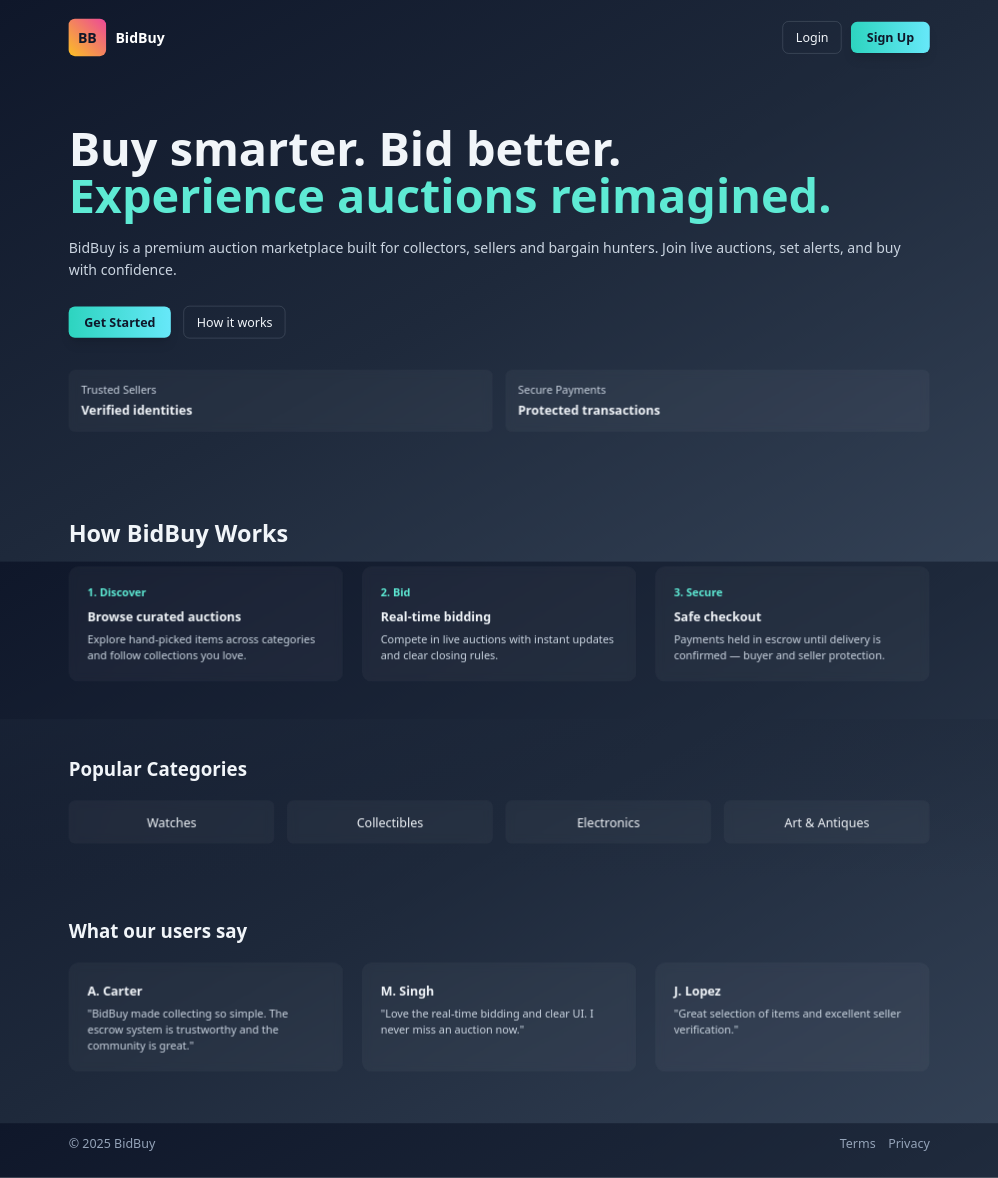
Repository: ChakraVaishnav/Online-Auction-System
Page: / (app in online-auction-system-frontend/)
The author's editor kept a copy of each file at every save. The page is drawn from the files as they stood at one save, then again after the next save.
The browser window is 1280 px wide. The pictures show the whole page, at 78% of full size.
The project was rebuilt for these pictures with package versions that can differ from the ones it lists, and the page was loaded fresh each time. Also part of the build but not shown: online-auction-system-frontend/vite.config.js, online-auction-system-frontend/src/pages/Login.jsx, online-auction-system-frontend/src/pages/Signup.jsx, online-auction-system-frontend/src/App.css.

Above is the page before, as saved 2025-11-23 17:54:45.

### online-auction-system-frontend/index.html
<!doctype html>
<html lang="en">
  <head>
    <meta charset="UTF-8" />
    <link rel="icon" type="image/svg+xml" href="/vite.svg" />
    <meta name="viewport" content="width=device-width, initial-scale=1.0" />
    <title>online-auction-system-frontend</title>
  </head>
  <body>
    <div id="root"></div>
    <script type="module" src="/src/main.jsx"></script>
  </body>
</html>

### online-auction-system-frontend/src/index.css
@tailwind base;
@tailwind components;
@tailwind utilities;

:root{
	--brand-1: #0f172a; /* slate-900 */
	--brand-2: #0ea5a4; /* teal-400 */
	--accent: #f97316; /* orange-500 */
}

html,body,#root{
	height:100%;
}

body{
	@apply bg-gradient-to-br from-slate-900 via-slate-800 to-slate-700 text-slate-100 antialiased;
	font-family: ui-sans-serif, system-ui, -apple-system, "Segoe UI", Roboto, "Helvetica Neue", Arial;
}

.container-wide{
	@apply max-w-6xl mx-auto px-6;
}

.glass {
	background: rgba(255,255,255,0.04);
	backdrop-filter: blur(6px);
}

.btn-primary{
	@apply inline-flex items-center gap-2 bg-gradient-to-r from-teal-400 to-cyan-300 text-slate-900 font-semibold px-5 py-2 rounded-lg shadow-lg hover:scale-105 transition-transform;
}

.btn-outline{
	@apply inline-flex items-center gap-2 border border-slate-300/20 text-slate-100 px-4 py-2 rounded-lg hover:bg-white/5 transition;
}

/* dedicated back button style to improve touch target and spacing */
.btn-back{
  @apply px-5 py-2 rounded-md bg-white/5 shadow-sm;
}

.form-input{
	@apply w-full bg-transparent border border-slate-700/50 px-4 py-2 rounded-lg placeholder-slate-400 text-white focus:outline-none focus:ring-2 focus:ring-teal-400;
}

### online-auction-system-frontend/src/App.jsx
import { BrowserRouter, Routes, Route } from 'react-router-dom'
import Landing from './pages/Landing'
import Login from './pages/Login'
import Signup from './pages/Signup'
import './App.css'

function App() {
  return (
    <BrowserRouter>
      <Routes>
        <Route path="/" element={<Landing />} />
        <Route path="/login" element={<Login />} />
        <Route path="/signup" element={<Signup />} />
      </Routes>
    </BrowserRouter>
  )
}

export default App

### online-auction-system-frontend/src/pages/Landing.jsx
import { Link } from 'react-router-dom'

export default function Landing() {
  return (
    <div className="min-h-screen flex flex-col">
      <nav className="w-full py-6">
        <div className="container-wide flex items-center justify-between">
          <div className="flex items-center gap-3">
            <div className="w-12 h-12 rounded-lg bg-gradient-to-tr from-amber-400 to-pink-500 flex items-center justify-center font-bold text-slate-900 text-lg">BB</div>
            <div className="text-white font-semibold text-lg">BidBuy</div>
          </div>
          <div className="flex items-center gap-3">
            <Link to="/login" className="btn-outline">Login</Link>
            <Link to="/signup" className="btn-primary">Sign Up</Link>
          </div>
        </div>
      </nav>

      <header className="flex-1 flex items-center py-16">
        <div className="container-wide grid grid-cols-1 lg:grid-cols-1 gap-12 items-center">
          <div>
            <h1 className="text-5xl md:text-6xl font-extrabold leading-tight">Buy smarter. Bid better.<br/><span className="text-teal-300">Experience auctions reimagined.</span></h1>
            <p className="mt-6 text-slate-300 text-lg">BidBuy is a premium auction marketplace built for collectors, sellers and bargain hunters. Join live auctions, set alerts, and buy with confidence.</p>

            <div className="mt-8 flex items-center gap-4">
              <Link to="/signup" className="btn-primary">Get Started</Link>
              <a href="#how" className="btn-outline">How it works</a>
            </div>

            <div className="mt-10 grid grid-cols-2 gap-4">
              <div className="glass p-4 rounded-lg">
                <div className="text-sm text-slate-300">Trusted Sellers</div>
                <div className="font-semibold mt-1">Verified identities</div>
              </div>
              <div className="glass p-4 rounded-lg">
                <div className="text-sm text-slate-300">Secure Payments</div>
                <div className="font-semibold mt-1">Protected transactions</div>
              </div>
            </div>
          </div>

          {/* preview card removed to keep clean professional hero layout */}
        </div>
      </header>

      <section id="how" className="py-12">
        <div className="container-wide">
          <h3 className="text-3xl font-bold mb-6">How BidBuy Works</h3>
          <div className="grid grid-cols-1 md:grid-cols-3 gap-6">
            <div className="glass p-6 rounded-xl">
              <div className="text-sm text-teal-300 font-semibold">1. Discover</div>
              <h4 className="font-semibold mt-2">Browse curated auctions</h4>
              <p className="mt-2 text-slate-300 text-sm">Explore hand-picked items across categories and follow collections you love.</p>
            </div>
            <div className="glass p-6 rounded-xl">
              <div className="text-sm text-teal-300 font-semibold">2. Bid</div>
              <h4 className="font-semibold mt-2">Real-time bidding</h4>
              <p className="mt-2 text-slate-300 text-sm">Compete in live auctions with instant updates and clear closing rules.</p>
            </div>
            <div className="glass p-6 rounded-xl">
              <div className="text-sm text-teal-300 font-semibold">3. Secure</div>
              <h4 className="font-semibold mt-2">Safe checkout</h4>
              <p className="mt-2 text-slate-300 text-sm">Payments held in escrow until delivery is confirmed — buyer and seller protection.</p>
            </div>
          </div>
        </div>
      </section>

      <section className="py-12 bg-gradient-to-b from-slate-800/40 to-transparent">
        <div className="container-wide">
          <h3 className="text-2xl font-bold mb-6">Popular Categories</h3>
          <div className="grid grid-cols-2 md:grid-cols-4 gap-4">
            <div className="glass p-4 rounded-lg text-center">Watches</div>
            <div className="glass p-4 rounded-lg text-center">Collectibles</div>
            <div className="glass p-4 rounded-lg text-center">Electronics</div>
            <div className="glass p-4 rounded-lg text-center">Art & Antiques</div>
          </div>
        </div>
      </section>

      <section className="py-12">
        <div className="container-wide">
          <h3 className="text-2xl font-bold mb-6">What our users say</h3>
          <div className="grid grid-cols-1 md:grid-cols-3 gap-6">
            <div className="glass p-6 rounded-xl">
              <div className="font-semibold">A. Carter</div>
              <div className="text-slate-300 text-sm mt-2">"BidBuy made collecting so simple. The escrow system is trustworthy and the community is great."</div>
            </div>
            <div className="glass p-6 rounded-xl">
              <div className="font-semibold">M. Singh</div>
              <div className="text-slate-300 text-sm mt-2">"Love the real-time bidding and clear UI. I never miss an auction now."</div>
            </div>
            <div className="glass p-6 rounded-xl">
              <div className="font-semibold">J. Lopez</div>
              <div className="text-slate-300 text-sm mt-2">"Great selection of items and excellent seller verification."</div>
            </div>
          </div>
        </div>
      </section>

      <footer className="py-8">
        <div className="container-wide flex flex-col md:flex-row items-center justify-between text-slate-400 gap-4">
          <div>© {new Date().getFullYear()} BidBuy</div>
          <div className="flex items-center gap-4">
            <a className="hover:underline" href="#">Terms</a>
            <a className="hover:underline" href="#">Privacy</a>
          </div>
        </div>
      </footer>
    </div>
  )
}

### online-auction-system-frontend/tailwind.config.cjs
module.exports = {
  content: [
    './index.html',
    './src/**/*.{js,jsx,ts,tsx}'
  ],
  theme: {
    extend: {},
  },
  plugins: [],
}

Loaded but not shown: online-auction-system-frontend/src/main.jsx (common file)

After the next save:
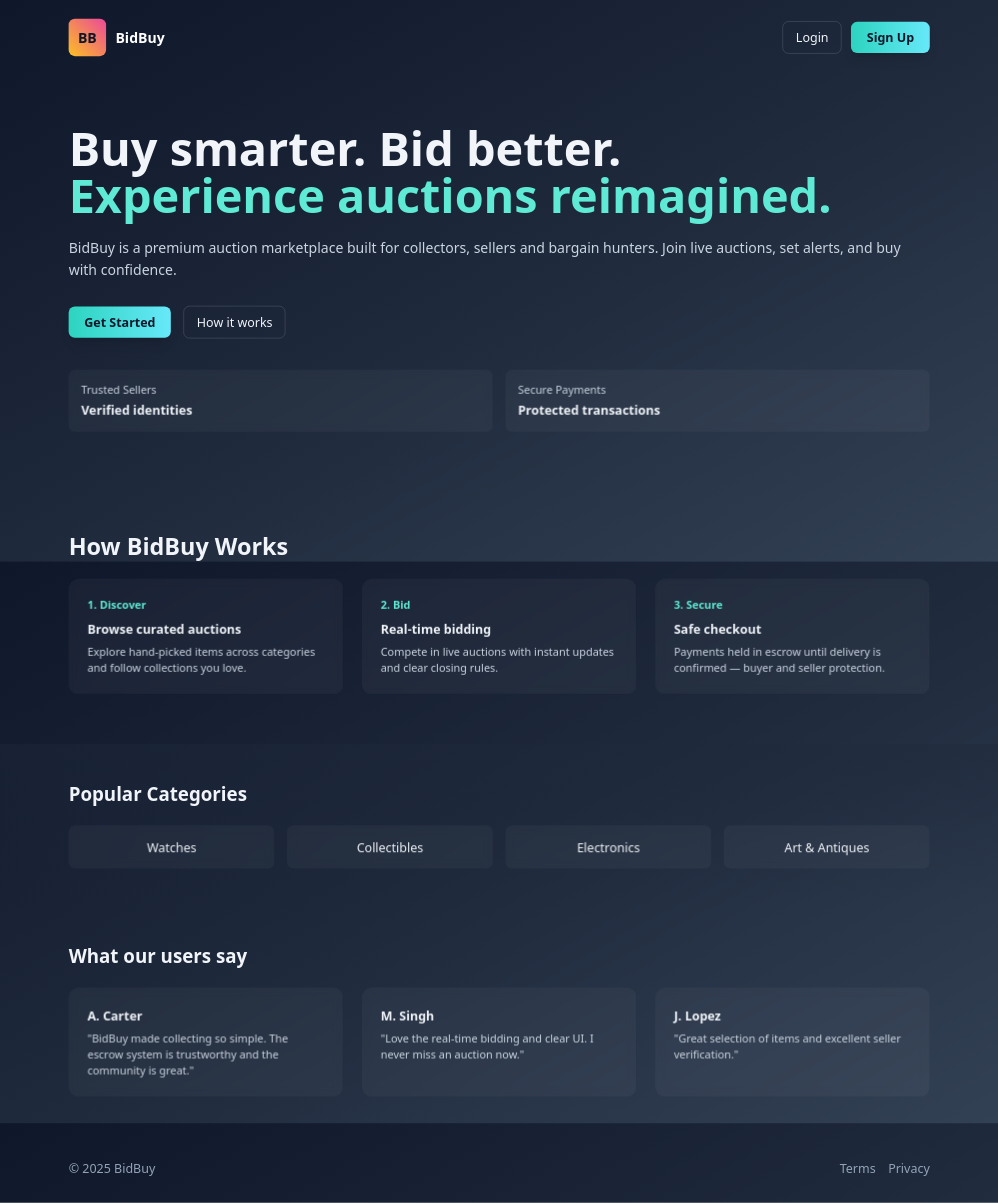
Saved 2 min 13 s later.
--- a/online-auction-system-frontend/src/pages/Landing.jsx
+++ b/online-auction-system-frontend/src/pages/Landing.jsx
@@ -43,7 +43,7 @@ export default function Landing() {
         </div>
       </header>
 
-      <section id="how" className="py-12">
+      <section id="how" className="py-16">
         <div className="container-wide">
           <h3 className="text-3xl font-bold mb-6">How BidBuy Works</h3>
           <div className="grid grid-cols-1 md:grid-cols-3 gap-6">
